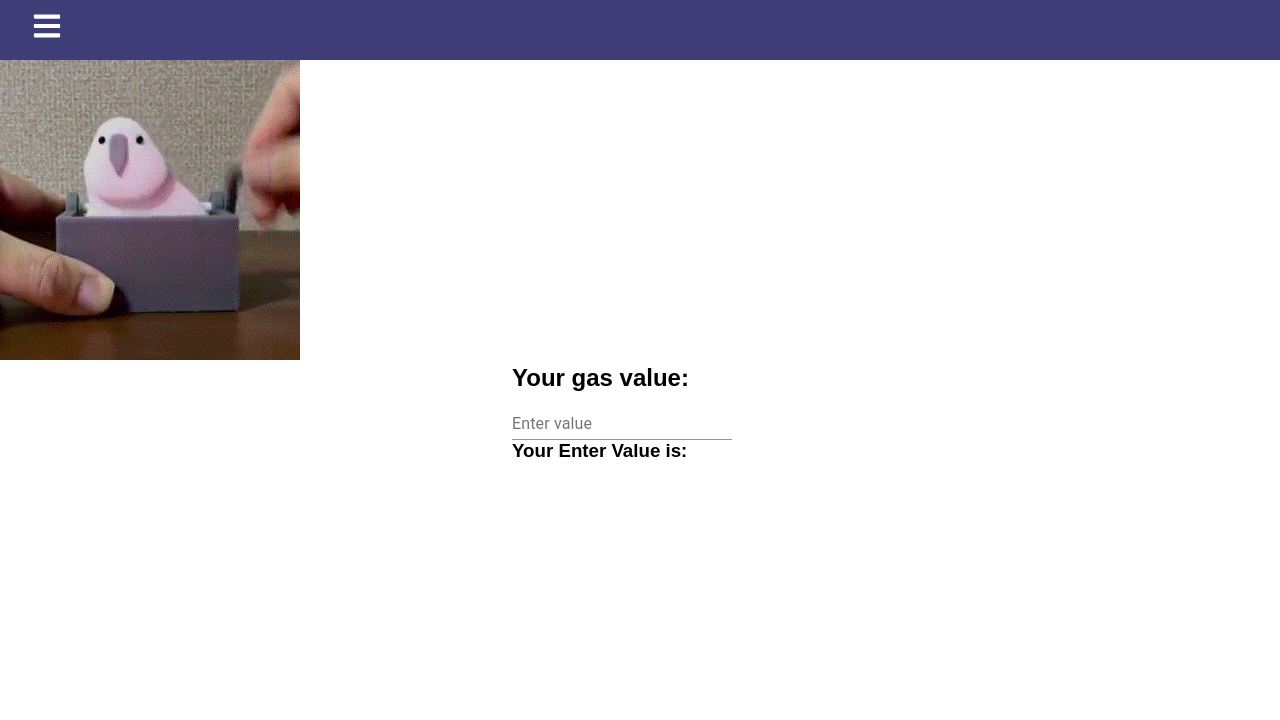
Repository: dcutalo/GasPal
Page: / (app in client/)
The author's editor kept a copy of each file at every save. The page is drawn from the files as they stood at one save, then again after the next save.
The browser window is 1280 px wide. The pictures show the whole page.
Some web fonts or font styles are not loaded; a fallback is used. The project was rebuilt for these pictures with package versions that can differ from the ones it lists, and the page was loaded fresh each time. Also part of the build but not shown: client/src/pages/triphistory.js, client/src/pages/gasefficiencyreports.js, client/src/pages/userprofile.js.

Above is the page before, as saved 2021-10-05 21:54:41.

### client/src/App.js
import React from 'react';
import './App.css';
import Sidebar from './components/Sidebar';
import { BrowserRouter as Router, Switch, Route} from 'react-router-dom';
import Home from './pages/home';
import TripHistory from './pages/triphistory';
import Reports from './pages/gasefficiencyreports';
import UserProfile from './pages/userprofile';


function App() {
  return (
    <>
    <Router>
      <Sidebar />
      <Switch>
        <Route path = '/' exact component={Home}/>
        <Route path = '/triphistory' component={TripHistory}/>
        <Route path = '/gasefficiencyreports' component={Reports}/>
        <Route path = '/userprofile' component={UserProfile}/>
      </Switch>
    </Router>

    </>
  );
}

export default App;

### client/src/App.css
@import url(https://fonts.googleapis.com/css2?family=Gluten&display=swap);

* {
  box-sizing: border-box;
  margin: 0;
  padding: 0;
  font-family: 'Latp', sans-serif;
}

.home, .gasefficiencyreports, .triphistory, .userprofile {
  display: flex;
  height: 90vh;
  align-items: center;
  justify-content: center;
  font-size: 3rem;
}

.gif{
  height:300px;
  width:300px;
  position:relative;
 }

### client/src/components/Sidebar.js
import React, {useState} from 'react'
import * as FaIcons from "react-icons/fa";
import * as AiIcons from "react-icons/ai";
import { Link } from 'react-router-dom';
import { SidebarData } from './Sidebardata';
import './Sidebar.css';
import { IconContext } from 'react-icons'

function Sidebar() {
    const [sidebar, setSidebar] = useState(false)

    const showSidebar = () => setSidebar(!sidebar)

    return (
        <>
        <IconContext.Provider value={{size: '30px', className:"icons"}}>
            <div className ="sidebar">
                <Link to="#" className='menu-bars'>
                    <FaIcons.FaBars onClick={showSidebar} />
                </Link>
            </div>

            <nav className={sidebar ? 'side-menu active' : 'side-menu'}>
                <ul className='side-menu-items'>
                    <li className="sidebar-toggle">
                        <Link to="#" className='menu-bars' onClick={showSidebar}>
                            <AiIcons.AiOutlineClose />
                        </Link>
                    </li>

                    {SidebarData.map((item,index) => {
                        return (

                            <li key={index} className={item.cName}>
                                <Link to={item.path}>
                                    {item.icon}
                                    <span>{item.title}</span>
                                </Link>
                            </li>

                        );
                    })}

                </ul>
            </nav>

        </IconContext.Provider>
        </>
    )
}

export default Sidebar

### client/src/pages/home.js

import React, { useState } from "react";
import TextField from "@material-ui/core/TextField";
import gif from '../1f8f36ae39d05387.gif';
import '../App.css'

const Home = () => {
  const [name, setName] = useState("");

  return (
    <div>
    <img src={gif} alt="loading..." className="gif"/>

    <div
          style={{
              marginLeft: "40%",
          }}
      >
          <h2>Your gas value:</h2>
          <TextField
              value={name}
              label="Enter value"
              onChange={(e) => {
                  setName(e.target.value);
              } } />
          <h3>Your Enter Value is: {name} </h3>
      </div>
    </div>
  );
};

export default Home;

### client/src/components/Sidebardata.js
import React from 'react'
import * as AiIcons from "react-icons/ai";
import * as CgIcons from "react-icons/cg";
import * as HiIcons from "react-icons/hi";

export const SidebarData = [
    {
        title: 'Home',
        path: '/',
        icon: <AiIcons.AiFillHome />,
        cName: 'side-text'
    },
    {
        title: 'Gas Efficiency Reports',
        path: '/gasefficiencyreports',
        icon: <HiIcons.HiDocumentReport />,
        cName: 'side-text'
    },
    {
        title: 'Trip History',
        path: '/triphistory',
        icon: <AiIcons.AiOutlineHistory />,
        cName: 'side-text'
    },
    {
        title: 'User Profile',
        path: '/userprofile',
        icon: <CgIcons.CgProfile />,
        cName: 'side-text'
    }
]

### client/src/components/Sidebar.css
.sidebar {
    background-color: #3f3d77;
    height: 60px;
    display: flex;
    justify-content: start;
    align-items: center;
}

.menu-bars {
    margin-left: 2rem;
    font-size: 2rem;
    background: none;
    color:rgb(255, 255, 255)
}

.side-menu {
    background-color: #3f3d77;
    width: 300px;
    height: 120vh;
    display: flex;
    justify-content: center;
    position: fixed;
    top: 0;
    left: -100%;
    transition: 850ms;
}

.side-menu.active {
    left: 0;
    transition: 350ms;
}

.side-text {
    display: flex;
    justify-content: center;
    align-items: center;
    padding: 8px 0px 8px 16px;
    list-style: none;
    height: 60px;
}

.side-text a {
    text-decoration: none;
    color: rgb(255, 255, 255);
    font-size: 18px;
    width: 95%;
    height: 100%;
    display: flex;
    align-items: center;
    border-radius: 4px;
}

.side-text a:hover {
    background-color: #d0a3eb;
    color: black;
}

.side-menu-items {
    width: 100%;
}

.sidebar-toggle {
    background-color: #24234b;
    width: 100%;
    height: 60px;
    display: flex;
    justify-content: start;
    align-items: center;
}

span{
    margin-left: 16px;
}

Loaded but not shown: client/public/index.html (common file); client/src/index.js (common file)

After the next save:
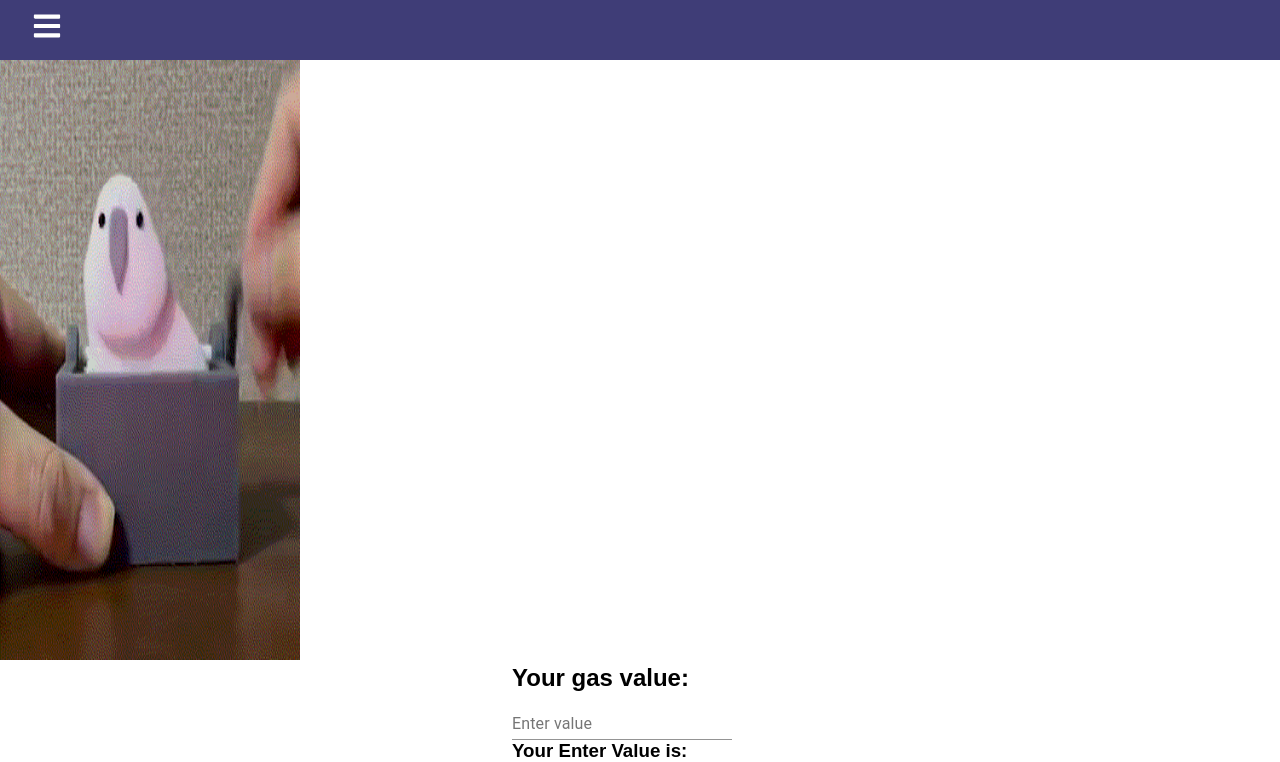
Saved 7 s later.
--- a/client/src/App.css
+++ b/client/src/App.css
@@ -16,7 +16,7 @@
 }
 
 .gif{
-  height:300px;
+  height:600px;
   width:300px;
   position:relative;
  }
